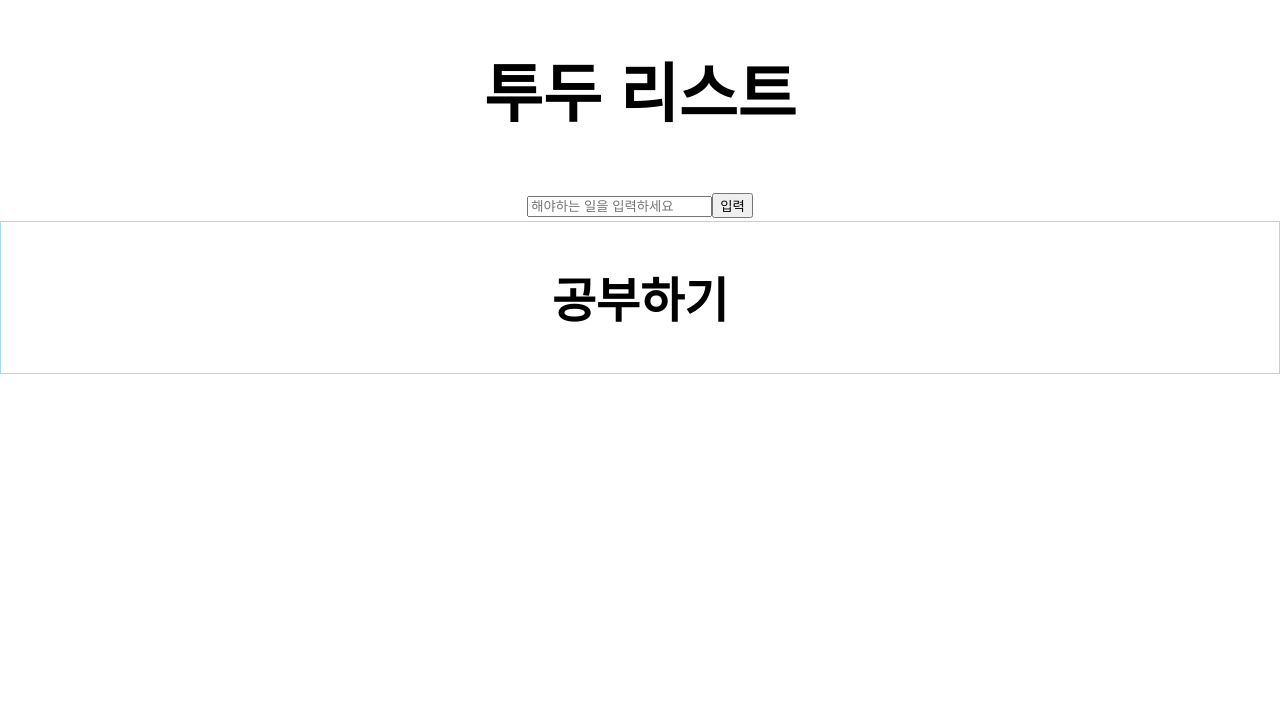
Repository: jun01270/Todo-List_React
Page: /
These files come from the project's save history. The page is drawn as it stood at one moment and after the next save; the edit follows.
The browser window is 1280 px wide. The pictures show the whole page.
The project was rebuilt for these pictures with package versions that can differ from the ones it lists, and the page was loaded fresh each time.

Above is the page before, as saved 2023-01-02 13:45:06.

After the next save:
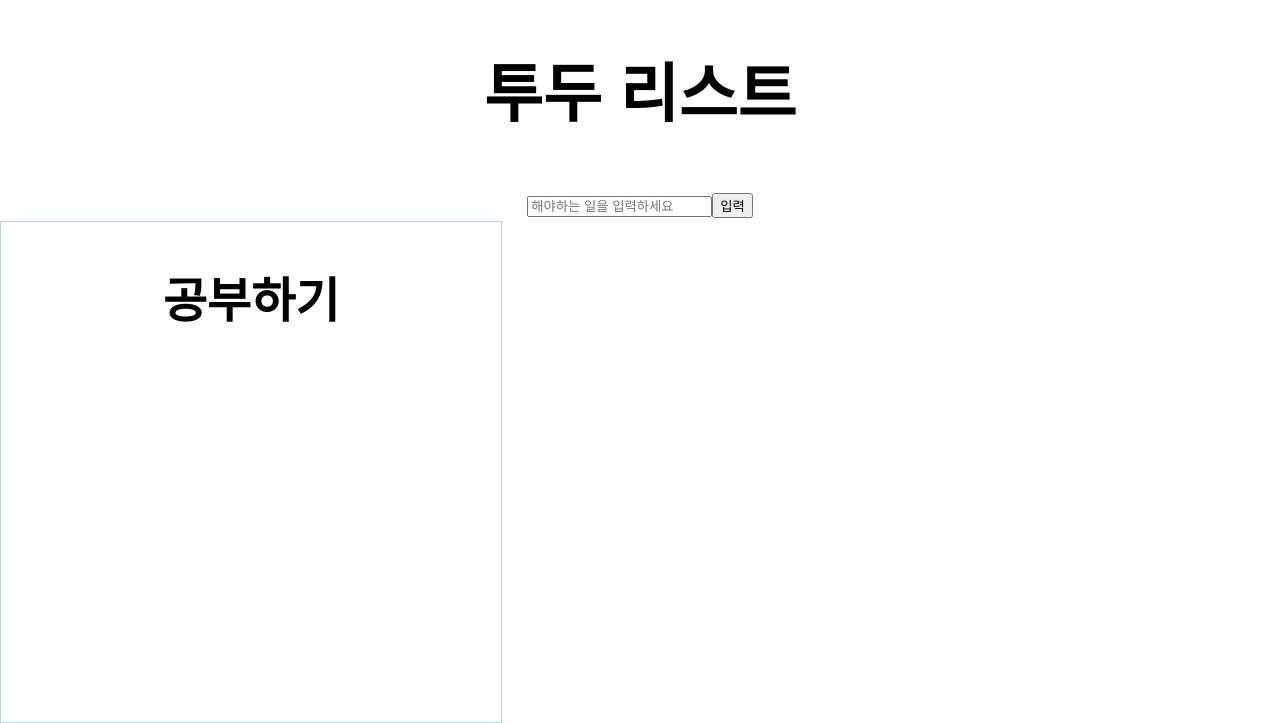
Saved 15 s later.
--- a/src/App.css
+++ b/src/App.css
@@ -15,6 +15,8 @@
 }
 
 .todo-items {
+  width: 500px;
+  height: 500px;
   border: 1px solid lightblue;
 }
 

After the 5 saves that followed:
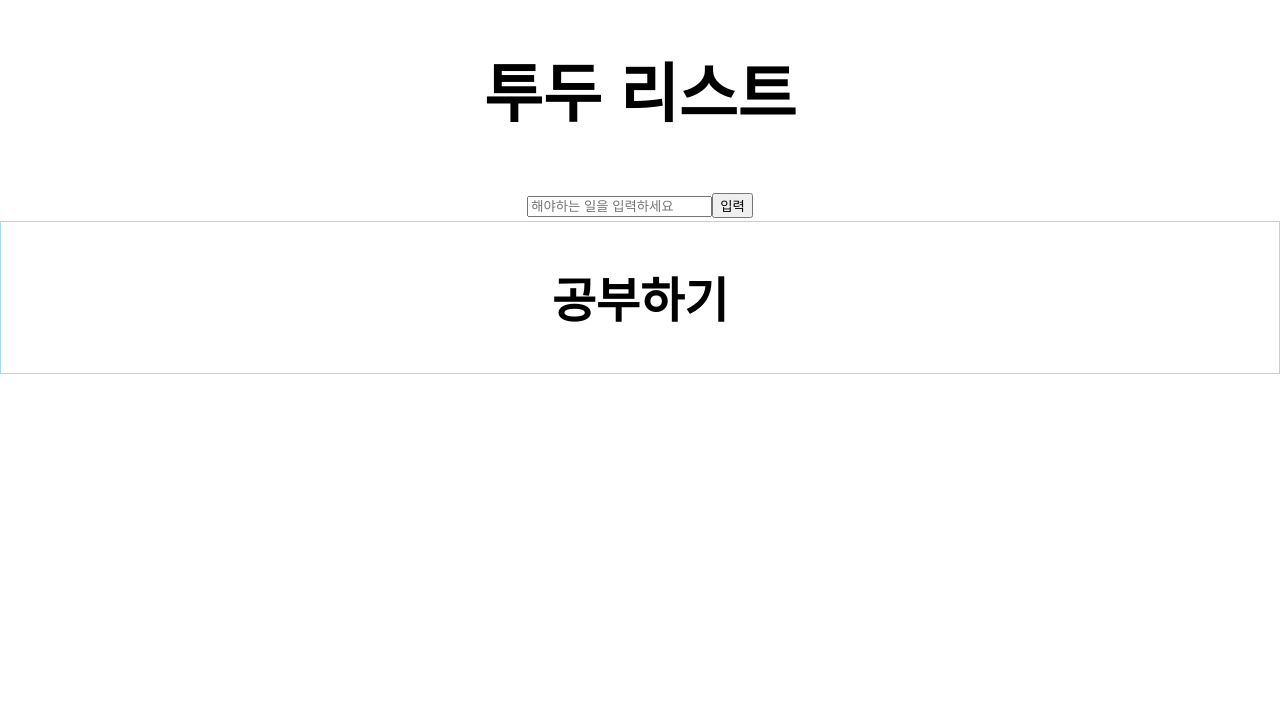
The 5 saves are shown as one change because 3 left the picture as it was and some came seconds apart.
The last was saved 44 s later.
--- a/src/App.css
+++ b/src/App.css
@@ -15,8 +15,6 @@
 }
 
 .todo-items {
-  width: 500px;
-  height: 500px;
   border: 1px solid lightblue;
 }
 
--- a/src/todo.js
+++ b/src/todo.js
@@ -15,7 +15,7 @@ function Todo() {
   };
 
   return (
-    <div className="todo">
+    <div id="todo">
       <div className="todo-all">
         <h1 className="todo-title">투두 리스트</h1>
         <div className="todo-form">
